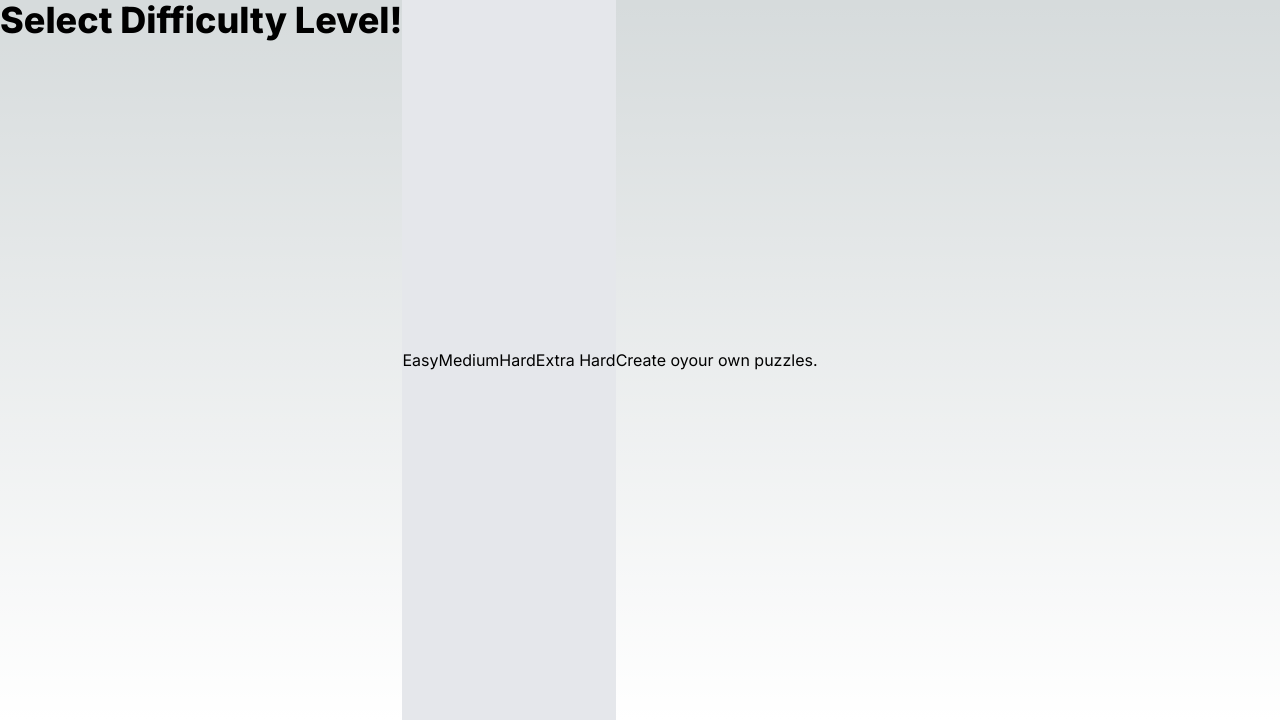
Repository: badhon252/sudoku
Page: /level
The author's editor kept a copy of each file at every save. The page is drawn from the files as they stood at one save, then again after the next save.
The browser window is 1280 px wide. The pictures show the whole page.
The project was rebuilt for these pictures with package versions that can differ from the ones it lists, and the page was loaded fresh each time. The framework's server and built-in components were replaced by stand-ins that run in the browser. Also part of the build but not shown: next.config.js.

Above is the page before, as saved 2023-06-04 21:48:27.

### app/level/page.tsx
import React from 'react'

export default function Level() {
  return (
    <div className='min-h-screen flex'>
        <h1 className='text-4xl font-extrabold'>Select Difficulty Level! </h1>
        <button className='bg-gray-200'>Easy</button>
        <button className='bg-gray-200'>Medium</button>
        <button className='bg-gray-200'>Hard</button>
        <button className='bg-gray-200'>Extra Hard</button>

        <button>Create oyour own puzzles.</button>
    </div>
  )
}

Loaded but not shown: app/layout.tsx (common file); app/globals.css (common file); tailwind.config.js (common file)

After the next save:
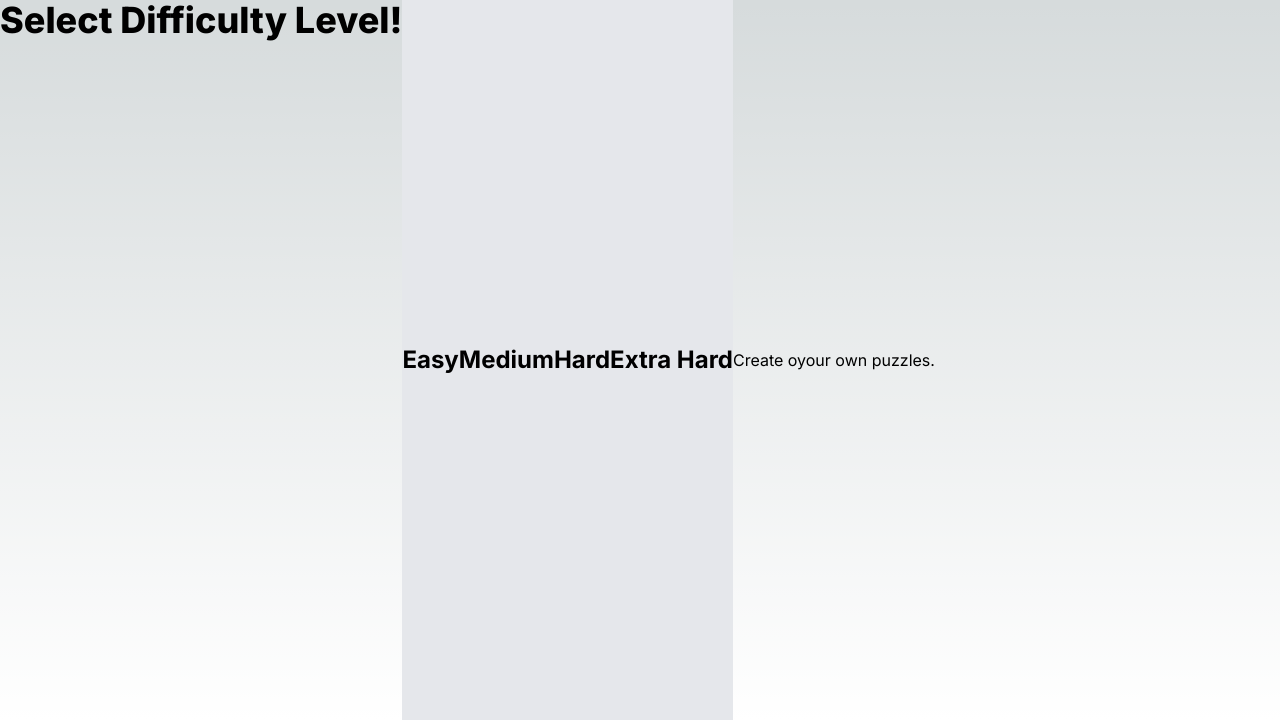
Saved 19 s later.
--- a/app/level/page.tsx
+++ b/app/level/page.tsx
@@ -4,10 +4,10 @@ export default function Level() {
   return (
     <div className='min-h-screen flex'>
         <h1 className='text-4xl font-extrabold'>Select Difficulty Level! </h1>
-        <button className='bg-gray-200'>Easy</button>
-        <button className='bg-gray-200'>Medium</button>
-        <button className='bg-gray-200'>Hard</button>
-        <button className='bg-gray-200'>Extra Hard</button>
+        <button className='bg-gray-200 text-2xl font-bold'>Easy</button>
+        <button className='bg-gray-200 text-2xl font-bold'>Medium</button>
+        <button className='bg-gray-200 text-2xl font-bold'>Hard</button>
+        <button className='bg-gray-200 text-2xl font-bold'>Extra Hard</button>
 
         <button>Create oyour own puzzles.</button>
     </div>
